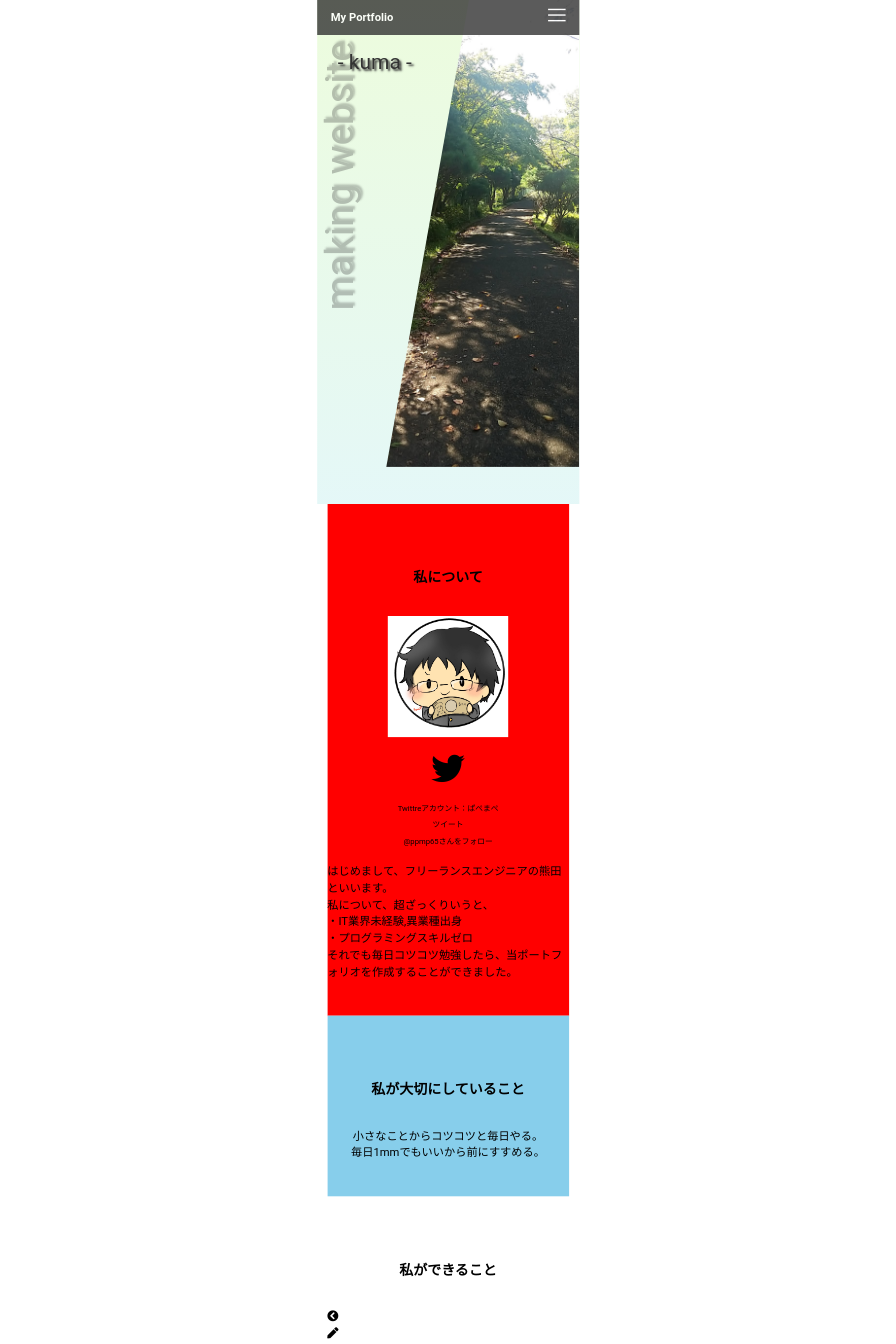
Repository: ppmp556/portfolio6
Page: index copy.html
The author's editor kept a copy of each file at every save. The page is drawn from the files as they stood at one save, then again after the next save.
The browser window is 1280 px wide. The pictures show the part of the page from y = 0 to 1920 px (the page is 3189 px tall), at 70% of full size.
Some web libraries are served in a nearby version. The style sheet was rebuilt from its Sass, Less or Tailwind sources for each picture, by a compiler version that may differ from the author's.

Above is the page before, as saved 2020-10-12 23:01:59.
Console error: TypeError: Cannot read properties of null (reading 'addEventListener')

After the next save:
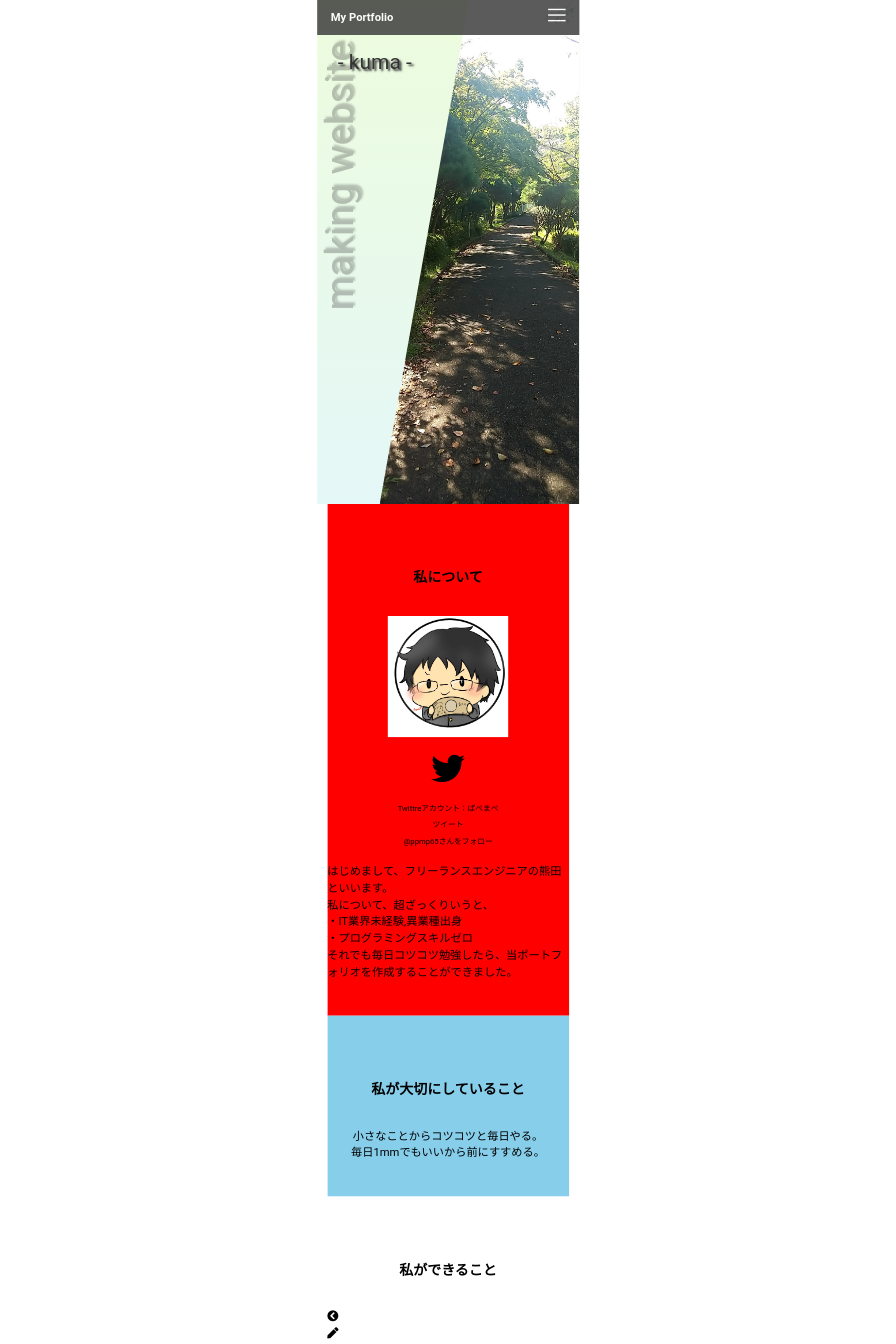
Saved 17 h 13 min later.
--- a/css/main.scss
+++ b/css/main.scss
@@ -169,7 +169,7 @@ kv
 
     &_img {
         width: 100%;
-        // height: 100%;
+        height: 100vh;
         display: block;
 
     }
@@ -356,7 +356,8 @@ nav
 
     &_inner {
         background-color: red;
-        height: 88.9vh;
+        // height: 88.9vh;
+        height: 100vh;
         width: 60.1vw;
         margin-top: 17%;
 
